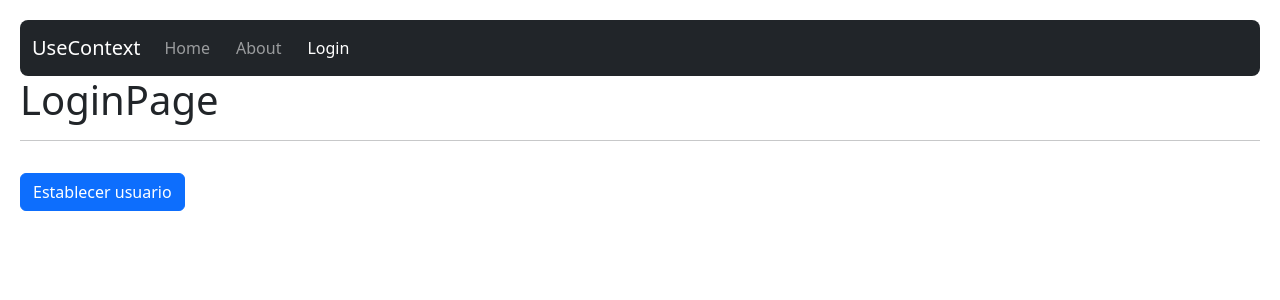
Repository: bryanesteban/hooks-App
Page: /login
The author's editor kept a copy of each file at every save. The page is drawn from the files as they stood at one save, then again after the next save.
The browser window is 1280 px wide. The pictures show the whole page.
The project was rebuilt for these pictures with package versions that can differ from the ones it lists, and the page was loaded fresh each time. Also part of the build but not shown: vite.config.js, src/HooksApp.jsx, src/01-useState/CounterApp.jsx, src/hooks/useCounter.jsx, src/01-useState/CounterWithCustomHook.jsx, src/02-useEffect/Message.jsx, src/02-useEffect/SimpleForm.jsx, src/hooks/useForm.js and 20 more.

Above is the page before, as saved 2024-09-21 07:07:52.

After the next save:
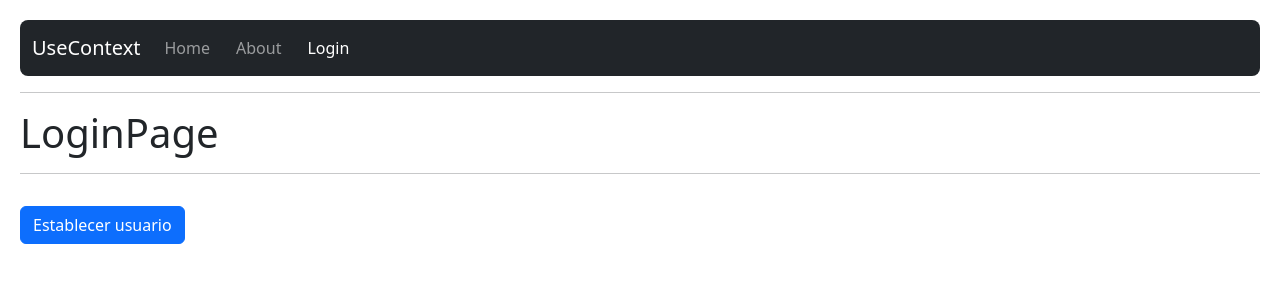
Saved 21 min 48 s later.
--- a/src/09-useConstext/MainApp.jsx
+++ b/src/09-useConstext/MainApp.jsx
@@ -11,11 +11,11 @@
         <>
         <UserProvider>
                 <Navbar/>
-
+                <hr/>
                 <Routes>
                     <Route path="/" element={ <HomePage/> }/>
-                    <Route path="/login" element={ <LoginPage/> }/>
-                    <Route path="/about" element={ <AboutPage/> }/>
+                    <Route path="about" element={ <AboutPage/> }/>
+                    <Route path="login" element={ <LoginPage/> }/>
 
                     {/* <Route path="/*" element={<LoginPage/> }/> */}
                     <Route path="/*" element={ <Navigate to="/about"/>} />
